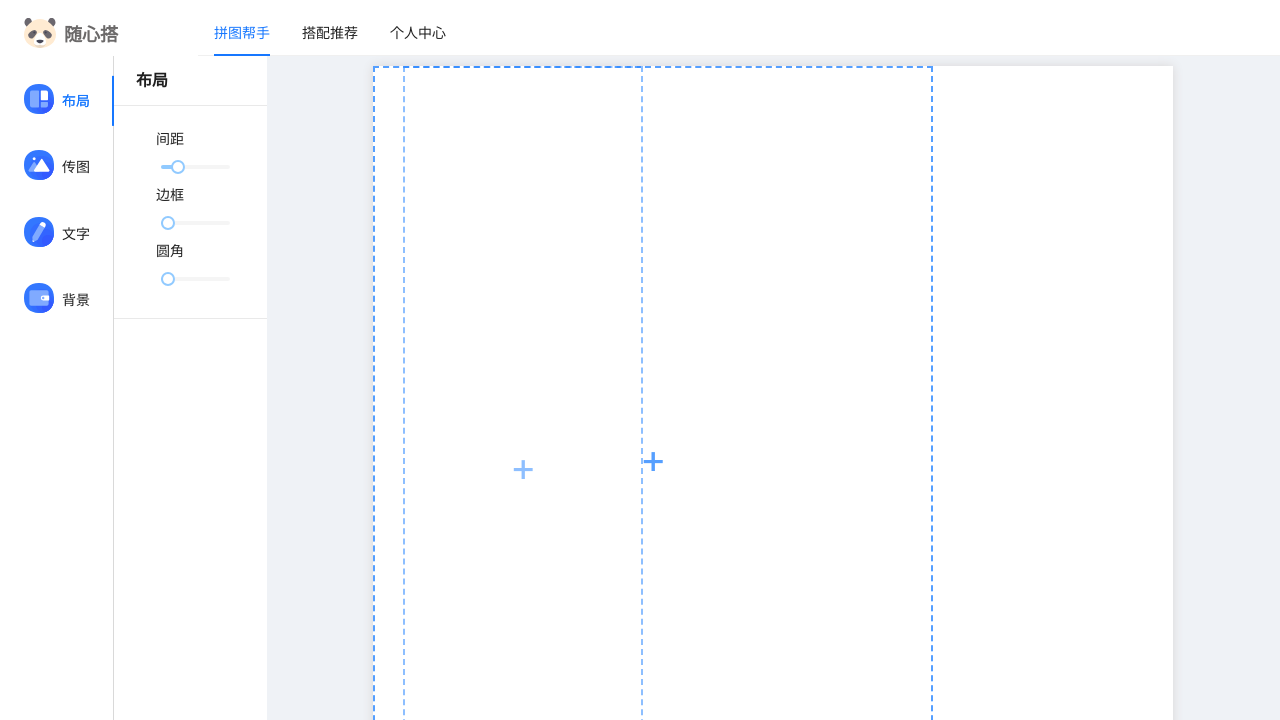
Repository: zzq1101921989/low-code
Page: /
The author's editor kept a copy of each file at every save. The page is drawn from the files as they stood at one save, then again after the next save.
The browser window is 1280 px wide. The pictures show the whole page.
The project was rebuilt for these pictures with package versions that can differ from the ones it lists, and the page was loaded fresh each time. Also part of the build but not shown: vite.config.ts, src/pages/admin/index.tsx, src/components/icon/ClothesIcon.tsx, src/components/icon/HairIcon.tsx, src/components/icon/PantsIcon.tsx, src/components/icon/ShoeIcon.tsx, src/pages/recommend/index.tsx.

Above is the page before, as saved 2023-05-30 22:19:40.

### index.html
<!DOCTYPE html>
<html lang="en">
  <head>
    <meta charset="UTF-8" />
    <link rel="icon" type="image/svg+xml" href="/vite.svg" />
    <meta name="viewport" content="width=device-width, initial-scale=1.0" />
    <title>搭配选择困难症？不懂搭？就来随心搭，找到属于自己的穿搭技巧</title>
  </head>
  <body>
    <div id="root"></div>
    <script type="module" src="/src/main.tsx"></script>
  </body>
</html>

### src/main.tsx
import ReactDOM from "react-dom/client";
import App from "./App";
import "./reset.css";

ReactDOM.createRoot(document.getElementById("root") as HTMLElement).render(
  <App />
);

### src/App.tsx
import { BrowserRouter, Navigate, Route, Routes } from "react-router-dom";
import LayoutComponent from "./components/layout";
import { routerConfig } from "./routers";

const App = () => {
  return (
    <BrowserRouter>
      <Routes>
        <Route path="/" element={<LayoutComponent />}>
          {/* 重定向 */}
          <Route path="/" element={<Navigate to="/home" />} />
          {routerConfig.map((item) => (
            <Route path={item.path} key={item.name} element={item.element} />
          ))}
        </Route>
        <Route path="*" element={<div>404</div>} />
      </Routes>
    </BrowserRouter>
  );
};

export default App;

### src/reset.css
html,body,div,span,applet,object,h1,h2,h3,h4,h5,h6,p,blockquote,pre,a,abbr,acronym,address,big,cite,code,del,dfn,em,img,ins,kbd,q,s,samp,small,strike,strong,sub,sup,tt,var,b,u,i,center,dl,dt,dd,ol,ul,li,fieldset,form,label,legend,table,caption,tbody,tfoot,thead,tr,th,td,article,aside,canvas,details,embed,figure,figcaption,footer,header,hgroup,menu,nav,output,ruby,section,summary,time,mark,audio,video {
	margin:0;
	padding:0;
	border:0;
	font-size:100%;
	font:inherit;
	font-weight:normal;
	vertical-align:baseline;
}
/* HTML5 display-role reset for older browsers */
article,aside,details,figcaption,figure,footer,header,hgroup,menu,nav,section {
	display:block;
}
ol,ul,li {
	list-style:none;
}
blockquote,q {
	quotes:none;
}
blockquote:before,blockquote:after,q:before,q:after {
	content:'';
	content:none;
}
table {
	border-collapse:collapse;
	border-spacing:0;
}
th,td {
	vertical-align:middle;
}
/* custom */
a {
	outline:none;
	color:#16418a;
	text-decoration:none;
	-webkit-backface-visibility: hidden;
}
a:focus {
	outline:none;
}
input:focus,select:focus,textarea:focus {
	outline:-webkit-focus-ring-color auto 0;
}

### src/routers/index.tsx
import { RouteObject } from "react-router-dom";
import Admin from "../pages/admin";
import Home from "../pages/home";
import Recommend from "../pages/recommend";

export const routerConfig: (RouteObject & { name: string })[] = [
  {
    path: "home",
    name: "拼图帮手",
    element: <Home />,
  },
  {
    path: "recommend",
    name: "搭配推荐",
    element: <Recommend />,
  },
  {
    path: "admin",
    name: "个人中心",
    element: <Admin />,
  },
];

### src/components/header/index.tsx
import { Menu, MenuProps } from "antd";
import { Link, useLocation } from "react-router-dom";
import { routerConfig } from "../../routers";

export default function HeaderComponent() {

  const locaiton = useLocation();

  const items: MenuProps["items"] = routerConfig.map((key) => ({
    key: key.path,
    label: <Link to={`/${key.path}`}>{key.name}</Link>,
  }));

  return (
    <Menu
      style={{ flex: 1 }}
      mode="horizontal"
      selectedKeys={[locaiton.pathname.split("/")[1]]}
      items={items}
    />
  );
}

### src/components/layout/index.module.less
.syd-layout {
  width: 100%;
  height: 100vh;
  display: flex;
  flex-direction: column;
  overflow: hidden;
  .syd-header {
    display: flex;
    width: 100%;
    align-items: center;
    padding: 10px 24px 0 24px;
    background-color: #fff;
    .logo {
      margin-right: 80px;
    }
  }
  .syd-content {
    flex: auto;
    background: #eff2f6;
  }
}

### src/pages/home/index.tsx
import { Col, Row } from "antd";
import { FC, useState } from "react";
import { DrawImage, Menu } from "./features";
import styles from "./index.module.less";

// 最大的间距是多少
const maxPedding = 120

// 最大的边框
const maxBorder = 0

const Home: FC = () => {

  const [ paddingPercentage, setPaddingPercentage ] = useState(25)

  // 当前计算出来的间距是多少
  const padding = Math.round(maxPedding * (paddingPercentage / 100))

  return (
    <Row style={{ height: "100%" }} className={styles.homeContainer}>
      <Col xl={5}>
        <Menu paddingPercentage={paddingPercentage} setPaddingPercentage={setPaddingPercentage} />
      </Col>
      <Col xl={19}>
        <DrawImage padding={padding} />
      </Col>
    </Row>
  );
};

export default Home;

### src/pages/home/features/index.tsx
export { default as Area } from './Area';
export { default as DrawImage } from './DrawImage';
export { default as Menu } from './Menu';

### src/pages/home/index.module.less
.homeContainer {
    :global{
        .ant-tabs-tabpane {
            padding-left: 0 !important
        }
        .ant-tabs-nav-wrap {
            padding-top: 20px;
        }
    }
}

### src/pages/home/features/Area/index.tsx
import { FC, ReactNode } from "react";
import styles from "./index.module.less";

interface AreaProps {
  /**
   * @name 头部区域内容
   */
  header: string | ReactNode;

  /**
   * @name 中间区域内容
   */
  centre?: string | ReactNode;
}
const Area: FC<AreaProps> = (props) => {
  const { header, centre } = props;

  return (
    <div className={`${styles["area-container"]}`}>
      <div
        className={`${styles["area-container-header"]} ${styles.padding} ${styles.borderBottom}`}
      >
        {header}
      </div>
      {centre && (
        <div
          className={`${styles["area-container-centre"]} ${styles.padding} ${styles["borderBottom"]}`}
        >
          {centre}
        </div>
      )}
    </div>
  );
};

export default Area;

### src/pages/home/features/DrawImage/index.tsx
import {
  FC,
  ReactNode,
  createElement,
  useEffect,
  useRef,
  useState,
} from "react";
import { ContextMenu, ItemBox } from "../../components";
import { LayoutConfig } from "./LayoutBox";

const initContextMenu = {
  open: false,
  x: 0,
  y: 0,
};

// 每行最多能有多少box
const containerWidth = 800;
const containerHeight = 800;

type DrawImageProps = {
  /**
   * 间距
   */
  padding: number;
};

const DrawImage: FC<DrawImageProps> = (props) => {
  const { padding } = props;

  const ele = useRef<HTMLDivElement | null>(null);

  // 记录一下当前点击的容器
  const pendingUplaodBox = useRef<ParentNode | null>(null);

  const fileRef = useRef<HTMLInputElement | null>(null);

  const [contextMenu, setContextMenu] = useState<{
    open: boolean;
    x: number;
    y: number;
  }>(initContextMenu);

  const [activeBoxIndex, setActiveBoxIndex] = useState<number | undefined>();

  // 组织右键菜单的默认事件
  useEffect(() => {
    const uploadBtn = document.getElementById("uploadBtn");

    const contextmenuFn = (e: MouseEvent) => {
      e.preventDefault();
    };

    const mousedownFn = (e: MouseEvent) => {
      if (e.target && (e.button === 0 || e.button === 2)) {
        // 获取上传区域的dom
        const type = (e.target as HTMLElement).getAttribute("data-type");
        const index = (e.target as HTMLElement).getAttribute("data-index");
        if (type === "add") {
          const offsetLeftTotal =
            ele.current!.offsetLeft +
            (ele.current!.parentNode as HTMLElement | null)!.offsetLeft;
          const offsetTopTotal =
            ele.current!.offsetTop +
            (ele.current!.parentNode as HTMLElement | null)!.offsetTop;
          setContextMenu({
            open: true,
            x: e.clientX - offsetLeftTotal,
            y: e.clientY - offsetTopTotal + 10,
          });
          setActiveBoxIndex(Number(index));
          pendingUplaodBox.current = (e.target as HTMLElement).parentNode;
        }
      }
    };

    const click = () => {
      fileRef.current?.click();
    };

    const readerFile = (e: any) => {
      const file = e.target.files[0];
      const urlData = URL.createObjectURL(file);
      const container = pendingUplaodBox.current as HTMLElement;
      const image = container.getElementsByTagName("image")[0];
      if (image) {
        const clientWidth = container.clientWidth;
        const clientHeight = container.clientHeight;

        // 显示图片
        image.setAttributeNS(
          "http://www.w3.org/1999/xlink",
          "xlink:href",
          urlData
        );

        // 防止内存泄露，释放图片内存
        image.addEventListener("load", () => {
          URL.revokeObjectURL(urlData);
        });

        // 解决上传同一个文件，浏览器认为没变化，而造成读取失败的问题
        fileRef.current!.value = "";

        (container.parentNode as HTMLElement)!.style.width = clientWidth + "px";
        (container.parentNode as HTMLElement)!.style.height =
          clientHeight + "px";
      }
      setContextMenu(initContextMenu);
    };

    uploadBtn?.addEventListener("click", click);

    fileRef.current?.addEventListener("change", readerFile);

    if (ele.current) {
      ele.current.addEventListener("contextmenu", contextmenuFn);
      ele.current.addEventListener("mousedown", mousedownFn);
    }

    return () => {
      uploadBtn?.removeEventListener("click", click);
      fileRef.current?.removeEventListener("change", readerFile);
      ele.current?.removeEventListener("contextmenu", contextmenuFn);
      ele.current?.removeEventListener("mousedown", mousedownFn);
    };
  }, []);

  // 定义一个索引，表示每个ItemBox的编号
  let itemIndex = 0;

  /**
   * direction 代表排列方向
   * width 取小数，代表的是百分比
   */
  const testLayoutCofig: LayoutConfig[] = [
    {
      direction: "left",
      dirW: 1,
      dirH: 1,
      children: [
        {
          dirW: 0.7,
          dirH: 1,
          direction: "top",
          children: [
            {
              dirW: 1,
              dirH: 0.3,
            },
            {
              dirW: 1,
              dirH: 0.7,
            },
          ],
        },
        {
          type: "flag",
          dirW: 0.7,
          dirH: 1,
        },
        {
          dirW: 0.3,
          dirH: 1,
        },
      ],
    },
  ];

  const createrItemBox = (
    width: number,
    height: number,
    left: number,
    top: number
  ) => {
    return createElement(
      "div",
      {
        className: "edit-container",
        key: Math.random() * 100000,
        style: {
          position: "absolute",
          left,
          top,
          width,
          height,
        },
      },
      <ItemBox dataIndex={0} />
    );
  };

  /**
   *
   * @param layout
   * @param containerWidth
   * @param containerHeight
   */
  const handlerLayout = (
    layout: LayoutConfig[],
    containerWidth: number,
    containerHeight: number
  ) => {
    let elements: ReactNode[] = [];

    layout.forEach((lay) => {

      console.log(lay, 'lay');

      // 子元素
      const children = lay.children;

      // 布局的方向
      const direction = lay.direction;

      // 有子元素和没有子元素，处理方式有一定的不一样
      if (children && direction) {

        // 已经占据了多少呢？
        let occupyWidth = 0;
        let occupyHeight = 0;

        children.forEach((child) => {

          const { dirH, dirW, type, direction, children: childs } = child;

          // 不同方向之下，改变的宽高也是不一样的
          const currentWidth =
            direction === "left"
              ? containerWidth * dirW - (padding / 2)
              : containerWidth * dirW;
          const currentHeight =
            direction === "top"
              ? containerHeight * dirH - (padding / 2)
              : containerHeight * dirH;

          if (!direction) {
            if (type !== "flag") {
              elements.push(
                createrItemBox(
                  currentWidth,
                  currentHeight,
                  occupyWidth,
                  occupyHeight
                )
              );
              occupyWidth += currentWidth;
              if (direction === "top") {
                occupyHeight += currentHeight;
              }
            } else {
              // 这里就是中间的拉升横杆了
              elements.push(
                <div
                  key={Math.random() * 100000}
                  style={{
                    position: "absolute",
                    left: occupyWidth,
                    top: occupyHeight,
                    width: padding,
                    height: containerHeight,
                  }}
                ></div>
              );
              occupyWidth += padding;
            }
          } else if (childs) {
            elements = elements.concat(handlerLayout(childs, currentWidth, currentHeight))
          }


        });
      } else {
        elements.push(createrItemBox(containerWidth, containerHeight, 0, 0));
      }
    });

    return elements;
  };

  console.log(handlerLayout(testLayoutCofig, containerWidth, containerHeight));

  return (
    <div
      ref={ele}
      style={{
        position: "relative",
        width: containerWidth,
        height: containerHeight,
        margin: "10px auto",
        background: "#fff",
        boxShadow: "0 0 10px #d9d6d6",
      }}
    >
      {handlerLayout(testLayoutCofig, containerWidth, containerHeight)}
      {/* <LayoutBox
        layoutConfig={layoutConfig}
        containerWidth={containerWidth}
        containerHeight={containerHeight}
        padding={padding}
      /> */}

      {/* <Row gutter={[16, 16]} style={{ height: "100%" }}>
        <Col span={24}>
          <ItemBox areaHeight={2 * 200} dataIndex={itemIndex} activeIndex={activeBoxIndex} />
        </Col>
        <Col span={24}>
          <Row gutter={[16, 16]} style={{ height: "100%" }}>
            <Col span={12}>
              <ItemBox areaHeight={2 * 200} dataIndex={++itemIndex} activeIndex={activeBoxIndex} />
            </Col>
            <Col span={12}>
              <Row gutter={[16, 16]} style={{ height: "100%" }}>
                <Col span={24}>
                  <ItemBox
                    areaHeight={200}
                    dataIndex={++itemIndex}
                    activeIndex={activeBoxIndex}
                  />
                </Col>
                <Col span={24}>
                  <ItemBox
                    areaHeight={200}
                    dataIndex={++itemIndex}
                    activeIndex={activeBoxIndex}
                  />
                </Col>
              </Row>
            </Col>
          </Row>
        </Col>
      </Row> */}
      <ContextMenu
        left={contextMenu.x}
        top={contextMenu.y}
        open={contextMenu.open}
      />
      {/* 上传元素 */}
      <input
        ref={fileRef}
        type="file"
        id="cellImgPicker"
        accept="image/jpeg,image/png"
        style={{ display: "none" }}
      />
    </div>
  );
};

export default DrawImage;

### src/pages/home/features/Menu/index.tsx
import { Slider, Space, Tabs, TabsProps } from "antd";
import { Dispatch, FC } from "react";
import { Area } from "..";
import {
  ColorIcon,
  ImageIcon,
  LayoutIcon,
  TextIcon,
} from "../../../../components/icon";

type MenuProps = {
  /**
   * 间距百分比
   */
  paddingPercentage: number
  setPaddingPercentage: Dispatch<React.SetStateAction<number>>
}

/**
 * 导航栏组件
 */
const Menu: FC<MenuProps> = (props) => {

  const { paddingPercentage, setPaddingPercentage } = props;

  const items: TabsProps["items"] = [
    {
      label: (
        <Space>
          <LayoutIcon />
          布局
        </Space>
      ),
      key: "1",
      children: (
        <Area
          header="布局"
          centre={
            <div
              style={{
                width: "100%",
                display: "flex",
                flexDirection: "column",
                padding: '10px 20px',
                boxSizing: 'border-box'
              }}
            >
              <div>
                间距
                <Slider defaultValue={paddingPercentage} onChange={setPaddingPercentage} />
              </div>
              <div>
                边框
                <Slider defaultValue={10} />
              </div>
              <div>
                圆角
                <Slider defaultValue={10} />
              </div>
            </div>
          }
        />
      ),
    },
    {
      label: (
        <Space>
          <ImageIcon />
          传图
        </Space>
      ),
      key: "2",
      children: "",
    },
    {
      label: (
        <Space>
          <TextIcon />
          文字
        </Space>
      ),
      key: "3",
      children: "",
    },
    {
      label: (
        <Space>
          <ColorIcon />
          背景
        </Space>
      ),
      key: "4",
      children: "",
    },
  ];

  return (
    <Tabs
      tabPosition="left"
      items={items}
      style={{ background: "#fff", height: "100%" }}
    />
  );
}

export default Menu

### src/pages/home/features/Area/index.module.less
.area-container {
    width: 100%;
    .area-container-header {
        font-size: 18px;
    }
    .area-container-header {
        font-size: 16px;
        font-weight: bold;
    }
}
.padding {
    padding: 12px 12px 12px 22px;
}
.borderBottom {
    border-bottom: 1px solid #e9e9e9;
}

### src/pages/home/components/index.tsx
export { default as ItemBox } from './ItemBox';
export { default as ContextMenu } from './contextmenu';

### src/components/icon/index.tsx
export { default as ClothesIcon } from "./ClothesIcon";
export { default as ColorIcon } from "./ColorIcon";
export { default as HairIcon } from "./HairIcon";
export { default as ImageIcon } from "./ImageIcon";
export { default as LayoutIcon } from "./LayoutIcon";
export { default as PantsIcon } from "./PantsIcon";
export { default as ShoeIcon } from "./ShoeIcon";
export { default as TextIcon } from "./TextIcon";

### src/pages/home/components/ItemBox/index.tsx
import { FC, memo, useRef, useState } from "react";
import styles from "./index.module.less";

interface ItemBoxProps {
  /**
   * 当前选中的焦点区域
   */
  activeIndex?: number;

  /**
   * 当前组件的索引
   */
  dataIndex: number;

}

const ItemBox: FC<ItemBoxProps> = (props) => {

  const { activeIndex, dataIndex } = props;

  const [openAddMask, setOpenAddMask] = useState(true);

  const image = useRef<SVGImageElement | null>(null)

  image.current?.addEventListener('load', () => {
    setOpenAddMask(false)
  })

  return (
    <div
      className={styles.itemBox}
      style={{
        border: `2px ${
          activeIndex === dataIndex ? "solid #2354f4" : "dashed #1e80ff80"
        }`,
      }}
    >
      <svg
        view-box="0 0 367.3725 367.3725"
        xmlns="http://www.w3.org/2000/svg"
        xmlnsXlink="http://www.w3.org/1999/xlink"
      >
        <g
          style={{
            transform: "matrix(1, 0, 0, 1, 0, 0)",
          }}
        >
          <image ref={image} />
        </g>
      </svg>
      <span className={styles.close}>
        <svg
          version="1.1"
          id="图层_1"
          xmlns="http://www.w3.org/2000/svg"
          xmlnsXlink="http://www.w3.org/1999/xlink"
          x="0px"
          y="0px"
          viewBox="0 0 16 16"
        >
          <path
            d="M11.8,1.6l-0.7,0.7L7.8,5.6L4.6,2.3L3.9,1.6L3.1,2.3L2,3.4L1.3,4.1L2,4.8l3.3,3.3L2,11.4l-0.7,0.7L2,12.8 L3.1,14l0.7,0.7L4.6,14l3.3-3.3l3.3,3.3l0.7,0.7l0.7-0.7l1.1-1.1l0.7-0.7l-0.7-0.7l-3.3-3.3l3.3-3.3l0.7-0.7l-0.7-0.7l-1.1-1.1 L11.8,1.6L11.8,1.6z"
            style={{
              opacity: 0.9,
              fill: "rgb(255, 255, 255)",
            }}
          ></path>{" "}
          <g>
            <polygon points="13,4.1 11.8,3 7.8,7 3.9,3 2.7,4.1 6.7,8.1 2.7,12.1 3.9,13.3 7.8,9.3 11.8,13.3 13,12.1 9,8.1 	"></polygon>
          </g>
        </svg>
      </span>
      <span
        style={{
          display: openAddMask ? "flex" : "none",
        }}
        className={styles.add}
        data-type="add"
        data-index={dataIndex}
      >
        +
      </span>
    </div>
  );
};
export default memo(ItemBox);

### src/pages/home/components/contextmenu/index.tsx
import { Space } from "antd";
import { FC } from "react";
import styles from "./index.module.less";

type ContextMenuProps = {
  /**
   * @name left 距离
   */
  left: number;

  /**
   * @name top 距离
   */
  top: number;

  /**
   * @name 是否打开
   */
  open: boolean;
};
const ContextMenu: FC<ContextMenuProps> = (props) => {
  const { left, top, open } = props;

  return (
    <div
      className={styles.contextMenu}
      style={{ left, top, display: open ? "block" : "none" }}
    >
      <div className={styles.contextMenuItem} id="uploadBtn">
        <Space>
          <svg
            xmlns="http://www.w3.org/2000/svg"
            xmlnsXlink="http://www.w3.org/1999/xlink"
            version="1.1"
            id="图层_1"
            x="0px"
            y="0px"
            viewBox="0 0 16 16"
            enableBackground="new 0 0 16 16"
            xmlSpace="preserve"
          >
            <path d="M3.5,7C2.672,7,2,6.328,2,5.5S2.672,4,3.5,4S5,4.672,5,5.5S4.328,7,3.5,7z M1,2h13c0.552,0,1,0.448,1,1v10  c0,0.552-0.448,1-1,1H1c-0.552,0-1-0.448-1-1V3C0,2.448,0.448,2,1,2z M14,11.294V3H1v10h0.297l5.687-5l4.433,5h0.661l-1.916-2.267  l1.843-1.77L14,11.294z"></path>
          </svg>
          添加图片
        </Space>
      </div>
      <div className={styles.contextMenuItem}>
        <Space>
          <svg
            xmlns="http://www.w3.org/2000/svg"
            xmlnsXlink="http://www.w3.org/1999/xlink"
            version="1.1"
            id="图层_1"
            x="0px"
            y="0px"
            viewBox="0 0 16 16"
            enableBackground="new 0 0 16 16"
            xmlSpace="preserve"
          >
            <path
              fillRule="evenodd"
              clipRule="evenodd"
              d="M14.984,13.169C15.169,15.754,13.748,16,12.512,16  c-1.236,0-2.781-0.308-2.472-2.831C10.225,11.631,12.512,8,12.512,8S14.86,11.815,14.984,13.169z M13,7.051  c0,0.203-0.103,0.457-0.258,0.659l-5.829,5.986c-0.413,0.406-1.032,0.406-1.444,0L0.31,8.42c-0.413-0.457-0.413-1.116,0-1.522  l3.663-3.754L1.806,0.913c-0.206-0.203-0.206-0.507,0-0.761c0.206-0.203,0.516-0.203,0.722,0l2.167,2.283L6.19,0.913  c0.413-0.406,1.032-0.406,1.444,0l5.056,5.275C12.948,6.442,13,6.746,13,7.051z M1.97,6.611h9.848L6.869,1.556l-1.4,1.458  l1.75,1.799c0.2,0.194,0.2,0.535,0,0.729c-0.2,0.194-0.5,0.194-0.7,0l-1.75-1.799L1.97,6.611z"
            ></path>
          </svg>
          填充背景
        </Space>
      </div>
    </div>
  );
};
export default ContextMenu;

### src/pages/home/components/ItemBox/index.module.less
.itemBox {
    position: relative;
    width: 100%;
    height: 100%;
    box-sizing: border-box;
    .close {
        width: 16px;
        height: 16px;
        display: none;
        position: absolute;
        right: 10px;
        top: 10px;
    }
    .add {
        position: relative;
        z-index: 9;
        width: 100%;
        height: 100%;
        justify-content: center;
        align-items: center;
        text-align: center;
        margin: 0 auto;
        font-size: 40px;
        color: #1e80ff80;
        user-select: none;
    }
    >svg{
        height: 100%;
        width: 100%;
        position: absolute;
        left: 0;
        top: 0;
    }
    &:hover {
        border: 2px solid #2354f4 !important;
        .close {
            display: block;
        }
    }
}

### src/pages/home/components/contextmenu/index.module.less
.contextMenu {
    position: absolute;
    z-index: 10;
    width: 126px;
    padding: 5px 0;
    background-color: #fff;
    box-shadow: 0 0 5px #ccc;
    border-radius: 5px;
    cursor: pointer;
    .contextMenuItem {
        width: 100%;
        user-select: none;
        line-height: 36px;
        color: #333;
        text-align: center;
        font-size: 13px;
        svg {
            width: 15px;
            height: 15px;
        }
        &:hover {
            background: #1a7eff;
            color: #fff;
        }
    }
}

Loaded but not shown: src/components/layout/index.tsx (69 lines, source omitted); src/components/icon/LayoutIcon.tsx (48 lines, source omitted); src/components/icon/ColorIcon.tsx (53 lines, source omitted); src/components/icon/ImageIcon.tsx (53 lines, source omitted); src/components/icon/TextIcon.tsx (48 lines, source omitted)

After the next save:
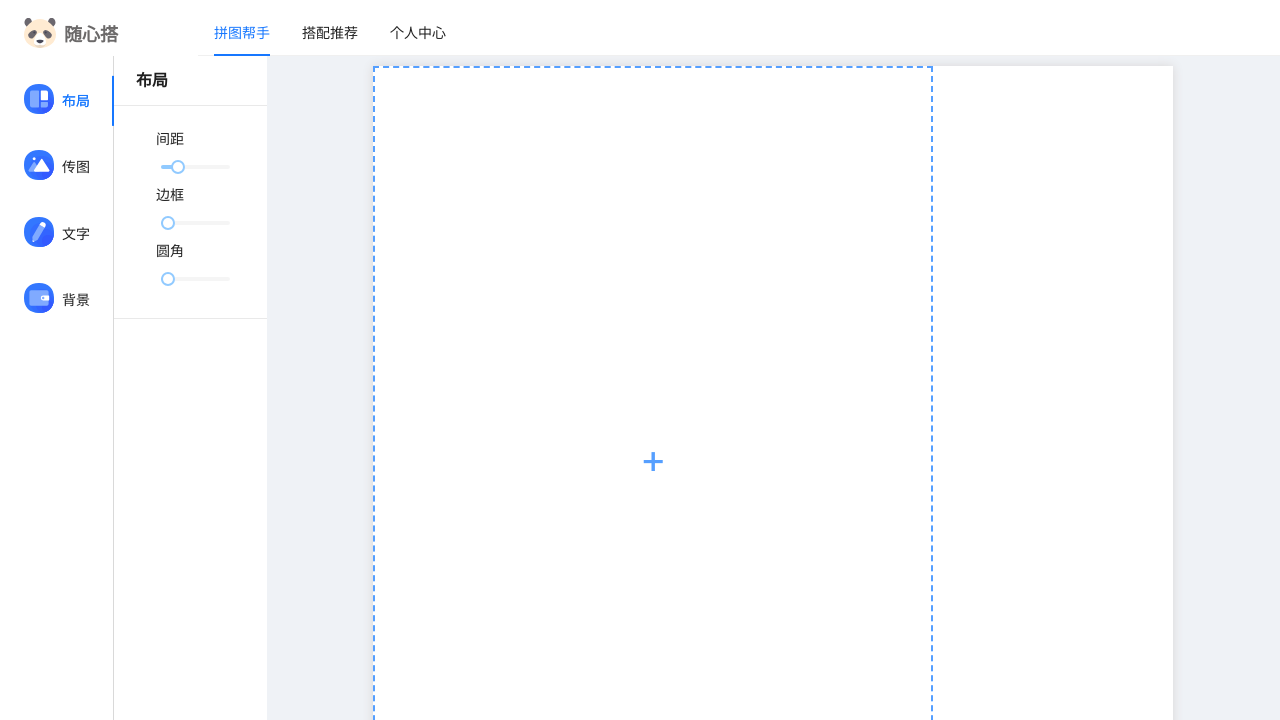
Saved 3 min 3 s later.
--- a/src/pages/home/features/DrawImage/index.tsx
+++ b/src/pages/home/features/DrawImage/index.tsx
@@ -245,10 +245,7 @@ const DrawImage: FC<DrawImageProps> = (props) => {
                   occupyHeight
                 )
               );
-              occupyWidth += currentWidth;
-              if (direction === "top") {
-                occupyHeight += currentHeight;
-              }
+
             } else {
               // 这里就是中间的拉升横杆了
               elements.push(
@@ -269,6 +266,9 @@ const DrawImage: FC<DrawImageProps> = (props) => {
             elements = elements.concat(handlerLayout(childs, currentWidth, currentHeight))
           }
 
+          // 占据宽度高度更新
+          occupyWidth += currentWidth;
+          if (direction === "top") occupyHeight += currentHeight;
 
         });
       } else {
